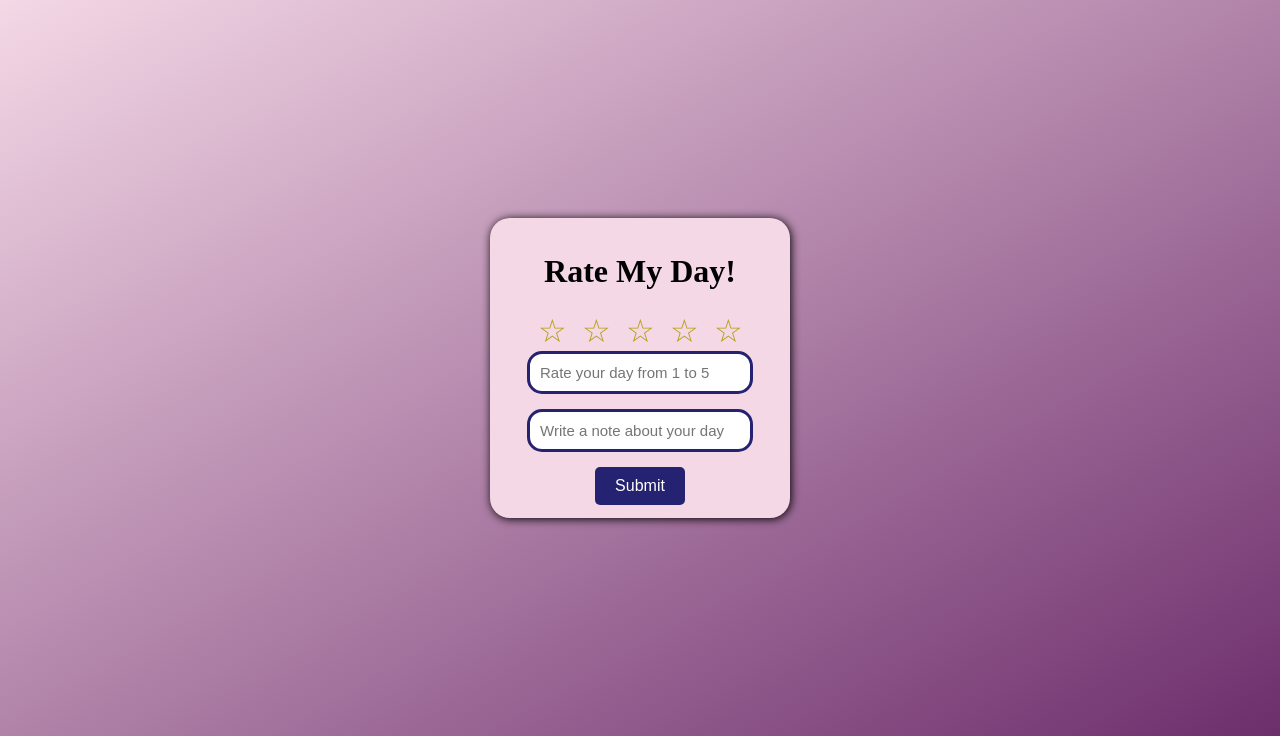
Repository: elenav24/RateMyDay
Page: frontend/index.html
An editor plug-in stored every save of this project. The page is shown before and after the next save, followed by the edit.
The browser window is 1280 px wide. The pictures show the whole page.

Above is the page before, as saved 2025-05-15 13:17:57.

After the next save:
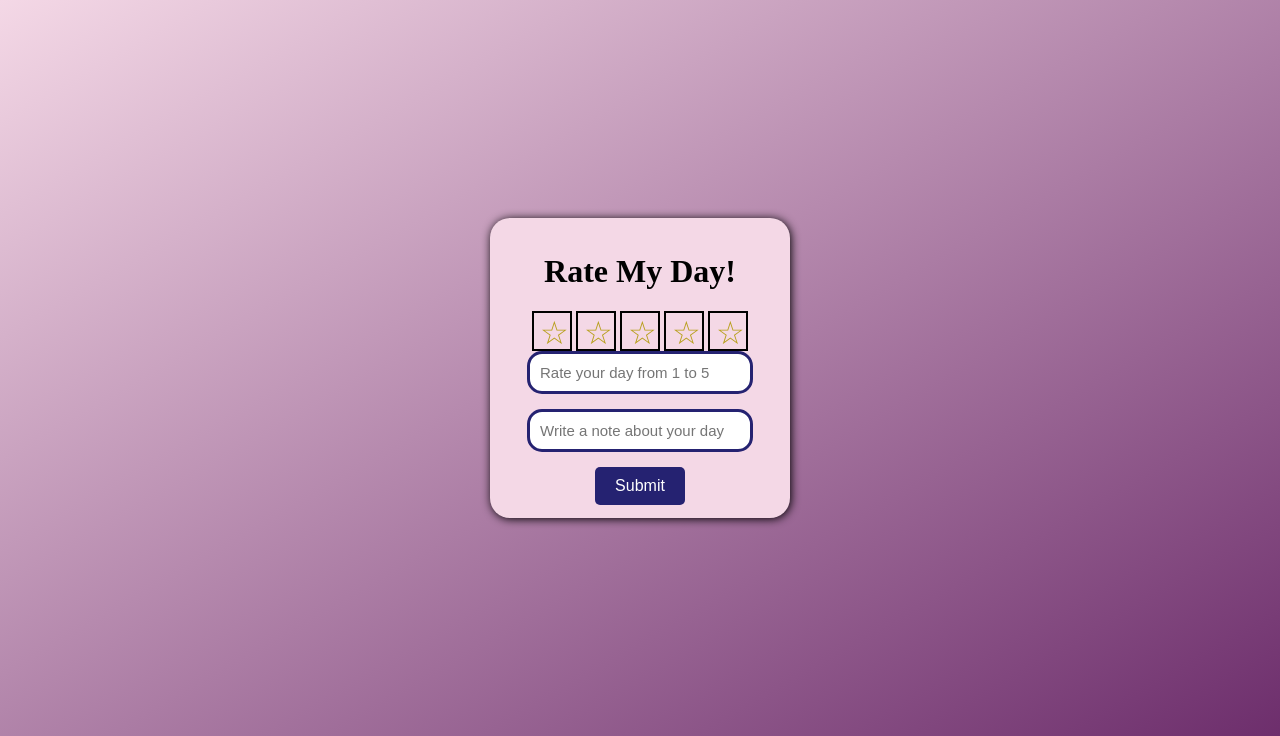
Saved 20 s later.
--- a/frontend/style.css
+++ b/frontend/style.css
@@ -42,7 +42,7 @@
     width: 40px;
     height: 40px;
     background: none;
-    border: 2px;
+    border: 2px solid #000000;
     cursor: pointer;
     font-size: 32px;
 }

After the save that followed:
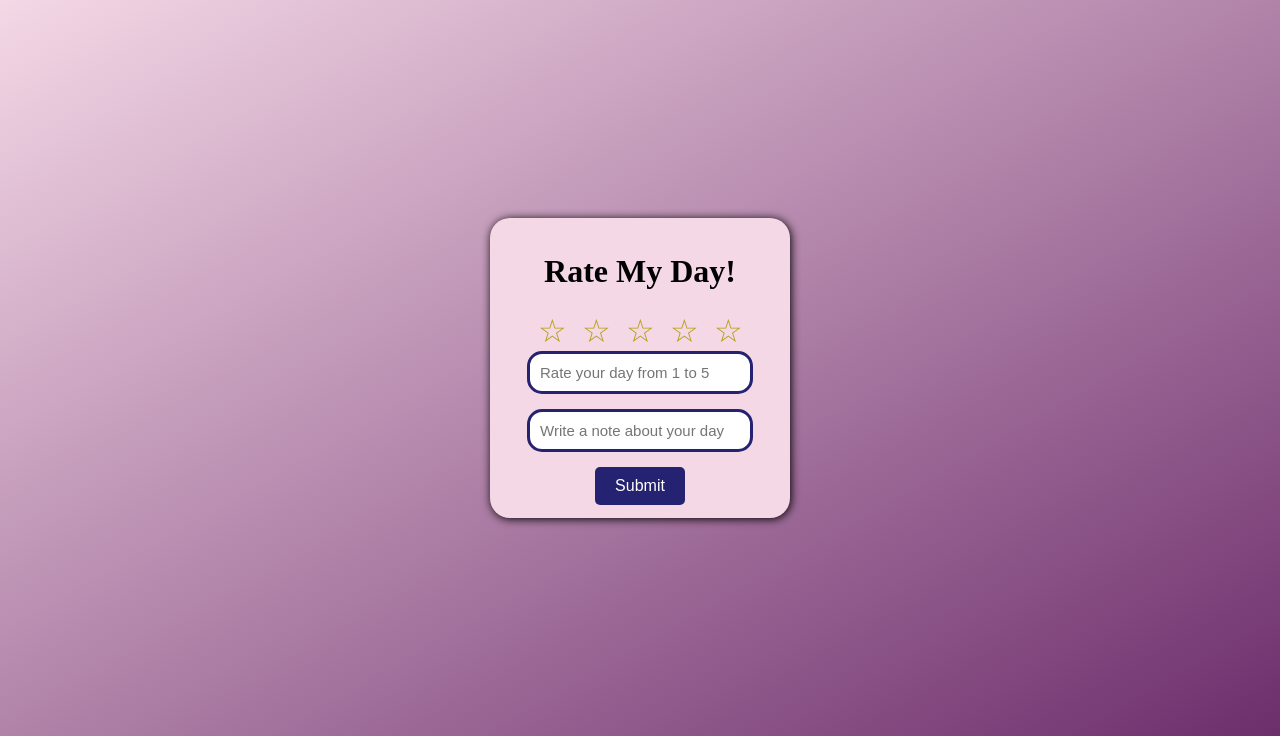
Saved 15 s later.
--- a/frontend/style.css
+++ b/frontend/style.css
@@ -42,7 +42,7 @@
     width: 40px;
     height: 40px;
     background: none;
-    border: 2px solid #000000;
+    border: none;
     cursor: pointer;
     font-size: 32px;
 }
